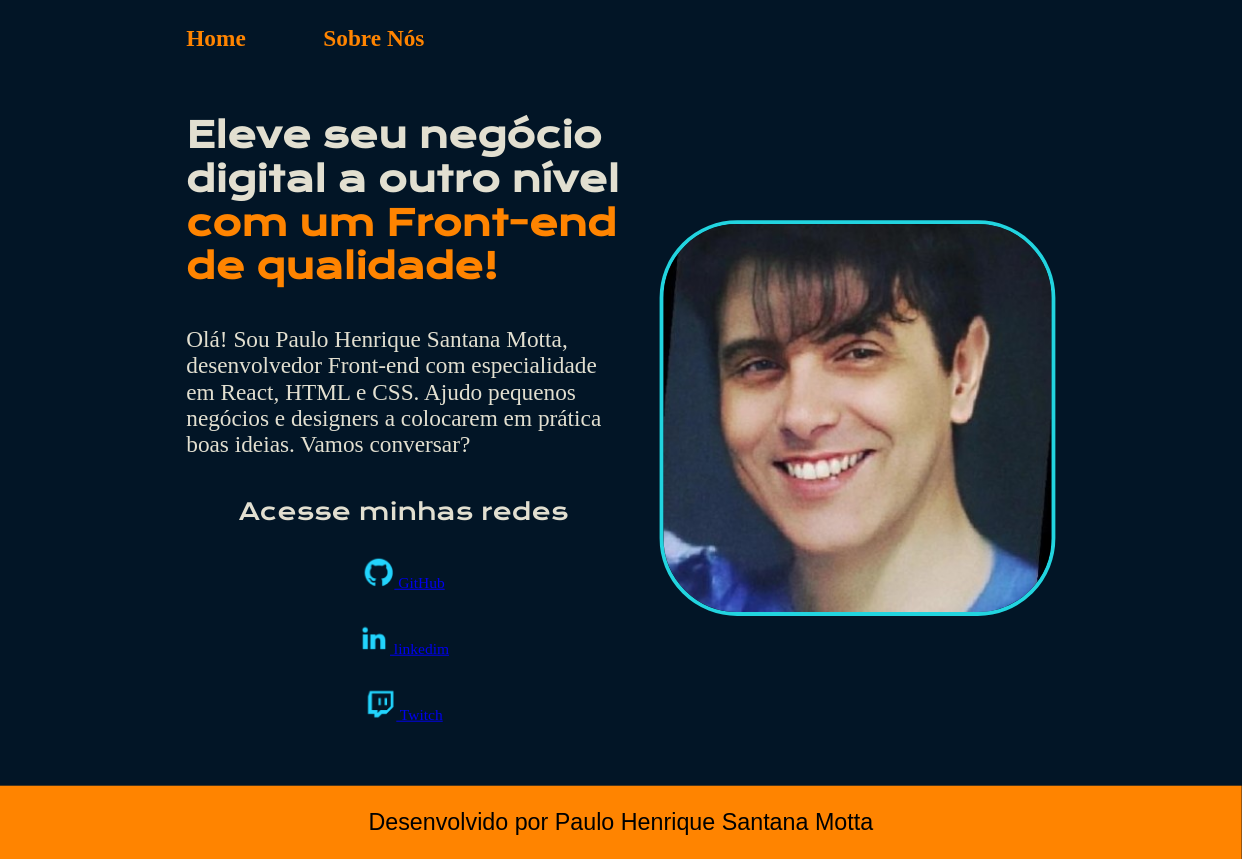
Repository: phsmottanerd/projeto-portfolio-alura
Page: index.html
The author's editor kept a copy of each file at every save. The page is drawn from the files as they stood at one save, then again after the next save.
The browser window is 1280 px wide. The pictures show the whole page, at 97% of full size.

Above is the page before, as saved 2025-01-30 01:23:17.

### index.html
<!DOCTYPE html>
<html lang="pt-br">
  <head>
    <meta charset="UTF-8" />
    <meta http-equiv="X-UA-Compatible" content="IE=edge" />
    <meta name="viewport" content="width=device-width, initial-scale=1.0" />
    <title>Portifolio</title>
    <link rel="stylesheet" href="./estilos/style.css" />
  </head>

  <body>
    <header class="cabecalho">
      <nav class="cabecalho__menu">
        <a class="cabecalho__menu__link" href="index.html">Home</a>
        <a class="cabecalho__menu__link" href="about.html">Sobre Nós</a>
      </nav>
    </header>
    <main class="apresentacao">
      <section class="apresentacao__conteudo">
        <h1 class="apresentacao__conteudo__titulo">
          Eleve seu negócio digital a outro  nível
          <strong class="titulo-destaque"
            >com um Front-end de qualidade!
          </strong>
        </h1>
        <p class="apresentacao__conteudo__texto">
          Olá! Sou Paulo Henrique Santana Motta, desenvolvedor Front-end com especialidade em
          React, HTML e CSS. Ajudo pequenos negócios e designers a colocarem em
          prática boas ideias. Vamos conversar?
        </p>
        <div class="apresentacao__links">
          <h2 class="apresentacao__links__subtitulo">Acesse minhas redes</h2>
          <a
            class="apresentacao__links__navegacao"
            href="https://github.com/phsmottanerd"
          >
            <img src="./img/github.png" />
            GitHub
          </a>
          <a
            class="apresentacao__links__navegacao"
            href="https://linkedim.com/phsmottanerd"
          >
            <img src="./img/linkedin.png" />
            linkedim
          </a>
          <a class="apresentacao__links_navegacaok" href="https://.com/phsmottanerd">
            <img src="./img/twitch.png" />
            Twitch
          </a>
        </div>
      </section>
      <img class="apresentacao__imagem" src="./img/1722867171561.jpg" alt="Paulo Henrique Santana Motta  programador" />
    </main>
    <footer class="rodape">
      <p>Desenvolvido por Paulo Henrique Santana Motta</p>
    </footer>
  </body>
</html>

### estilos/style.css
@import url("https://fonts.googleapis.com/css2?family=Krona+One&family=Montserrat:wght@400;600&display=swap");

:root {
  --cor-primaria: #021526;
  --cor-secundaria: #E2DFD0;
  --cor-terciaria:#FF8400;
  --cor-hover: #FF8400;

  --font-primaria: "Krona One", sans-serif;
   --font-secundaria:"Montserrat", sans-serif;


}

* {
  margin: 0;
  padding: 0;
}

body {
  box-sizing: border-box;
  background-color: var(--cor-primaria);
  color: var(--cor-secundaria);
}
.cabecalho {
  padding: 2% 0% 0% 15%;
}
.cabecalho__menu {
  display: flex;
  gap: 80px;
}

.cabecalho__menu__link {
  font-family: var(----font-secundaria);
  font-size: 1.5rem;
  font-weight: 600;
  color: var(--cor-terciaria);
  text-decoration: none;
}

.titulo-destaque {
  color: var(--cor-terciaria);
}

.apresentacao {
  padding: 5% 15%;
  display: flex;
  align-items: center;
  justify-content: space-between;
}
.apresentacao__conteudo {
  width: 50%;
  display: flex;
  flex-direction: column;
  gap: 40px;
}

.apresentacao__conteudo__titulo {
  font-size: 2.25rem;
  font-family: var(--font-primaria);
}

.apresentacao__conteudo__texto {
  font-size: 1.5rem;
  font-family: var(----font-secundaria);
}

.apresentacao__links {
  display: flex;
  flex-direction: column;
  justify-content: space-between;
  align-items: center;
  gap: 32px;
}
.apresentacao__links__subtitulo {
  font-family: "Krona One", sans-serif;
  font-weight: 400;
  font-size: 1.5rem;
}
.apresentacao__links__link {
  /* background-color: #22D4FD; */
  justify-content: center;
  gap: 16px;
  display: flex;
  border: 2px solid var(--cor-terciaria);
  width: 378px;
  text-align: center;
  border-radius: 8px;
  font-size: 1.5rem;
  font-weight: 600;
  padding: 21.5px 0;
  text-decoration: none;
  color: #f6f6f6;
  font-family: "Montserrat", sans-serif;
}
.apresentacao__links__link:hover {
  background-color: var(--cor-hover);
}
.apresentacao__imagem{

  width: 50%;
}
.rodape {
  padding: 24px;
  color: #000;
  background-color: var(--cor-terciaria);
  text-align: center;
  font-family: "Montsearrat", sans-serif;
  font-size: 1.5rem;
  font-weight: 400;
}
.apresentacao__imagem  {
  border-radius: 80px;
  border: 4px solid #22d4Df;
  width: 400px;
  heighit: 400px;

}

After the next save:
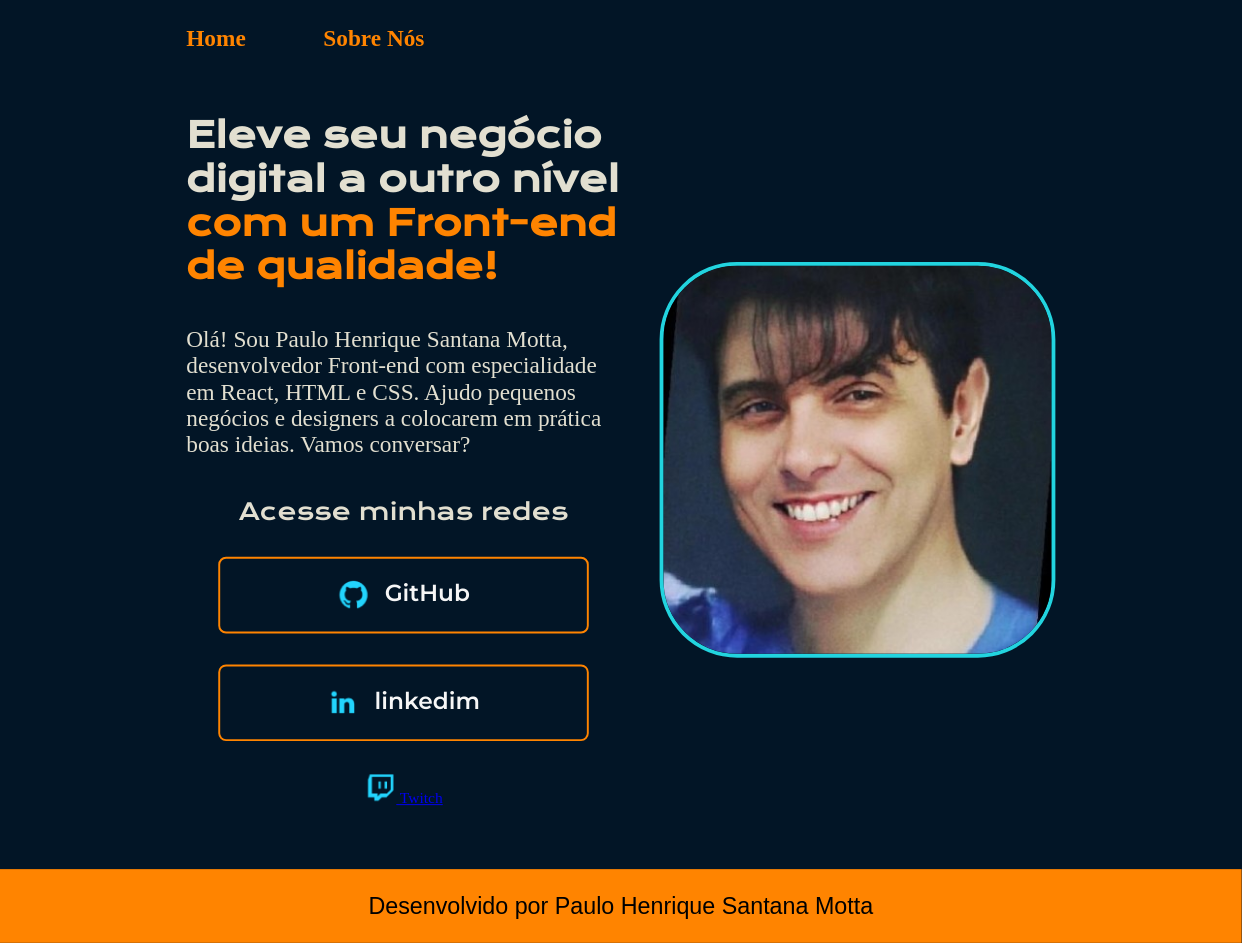
Saved 31 s later.
--- a/estilos/style.css
+++ b/estilos/style.css
@@ -77,7 +77,7 @@ body {
   font-weight: 400;
   font-size: 1.5rem;
 }
-.apresentacao__links__link {
+.apresentacao__links__navegacao {
   /* background-color: #22D4FD; */
   justify-content: center;
   gap: 16px;
